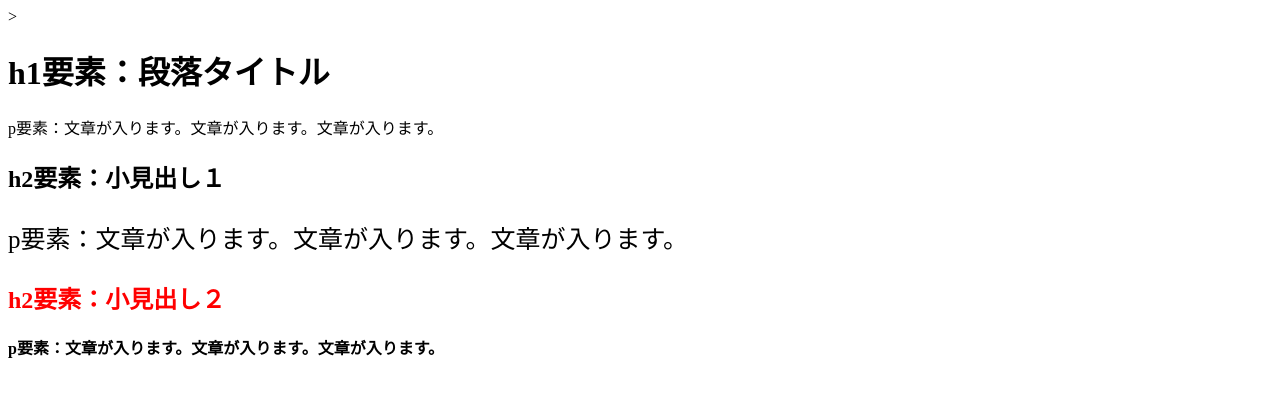
Repository: koukoukou2020/sumurai_HTML-CSS
Page: index.html
The author's editor kept a record of every edit. The page is drawn from the files as they stood at one moment, then again after the next edit.
The browser window is 1280 px wide. The pictures show the whole page.

Above is the page before.

### index.html
<!DOCTYPE html>
<html lang="ja">
  <head>
    <meta charset="UTF-8">
    <title>HTML/CSSの学習</title>
    <style>
    #red{
        color: red;
      }
      .blue{
        color: blue;
      }
    </style>>
  </head>
  <body>
    <h1>h1要素：段落タイトル</h1>
    <p>p要素：文章が入ります。文章が入ります。文章が入ります。</p>
    <h2>h2要素：小見出し１</h2>
    <p style="font-size: 25px;">
      p要素：文章が入ります。文章が入ります。文章が入ります。
    </p>
    <h2 id="red">h2要素：小見出し２</h2>
    <p style="font-weight: bold;">
      p要素：文章が入ります。文章が入ります。文章が入ります。
    </p>
  </body>
</html>

After the next edit:
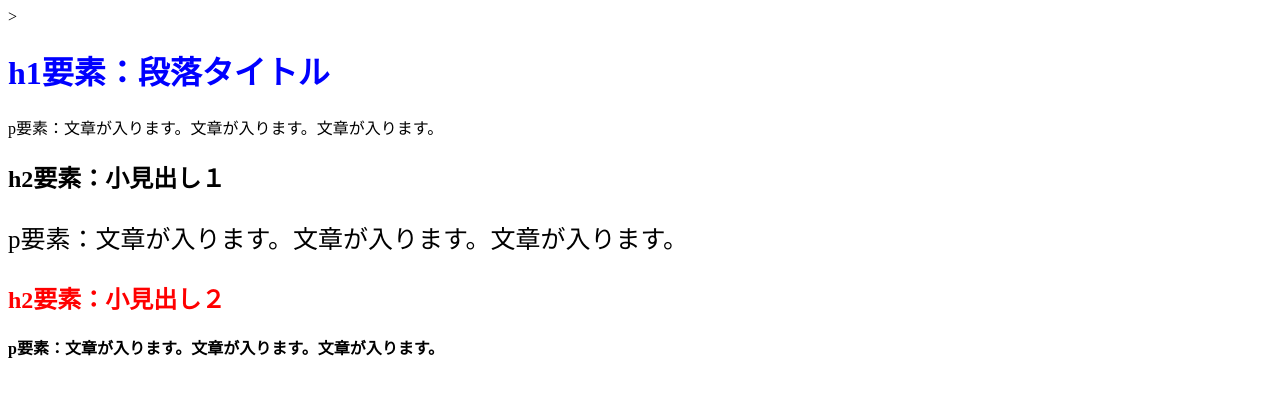
The edit:
--- a/index.html
+++ b/index.html
@@ -13,7 +13,7 @@
     </style>>
   </head>
   <body>
-    <h1>h1要素：段落タイトル</h1>
+    <h1 class="blue">h1要素：段落タイトル</h1>
     <p>p要素：文章が入ります。文章が入ります。文章が入ります。</p>
     <h2>h2要素：小見出し１</h2>
     <p style="font-size: 25px;">
